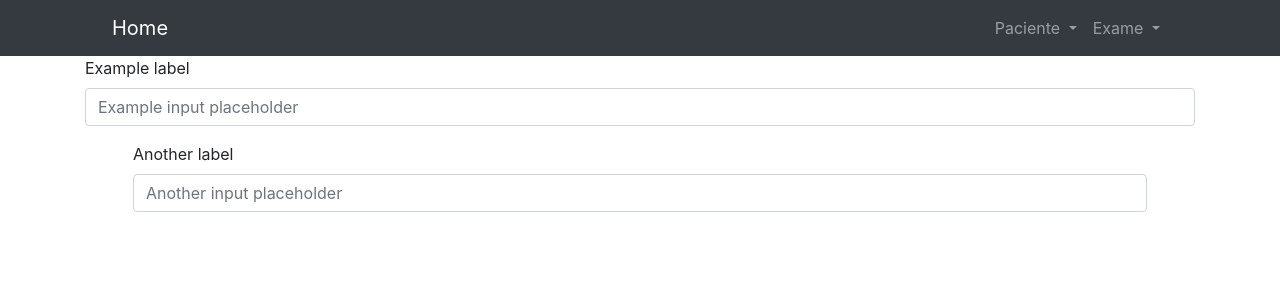
Repository: noobDevPRB/struts2_project
Page: http://localhost/Projeto_SOCTest/
The author's editor kept a copy of each file at every save. The page is drawn from the files as they stood at one save, then again after the next save.
The browser window is 1280 px wide. The pictures show the whole page.
The page is served by Tomcat 9. Nobody is signed in. The application's start-up code is not run.

Above is the page before, as saved 2020-10-17 16:13:41.

After the next save:
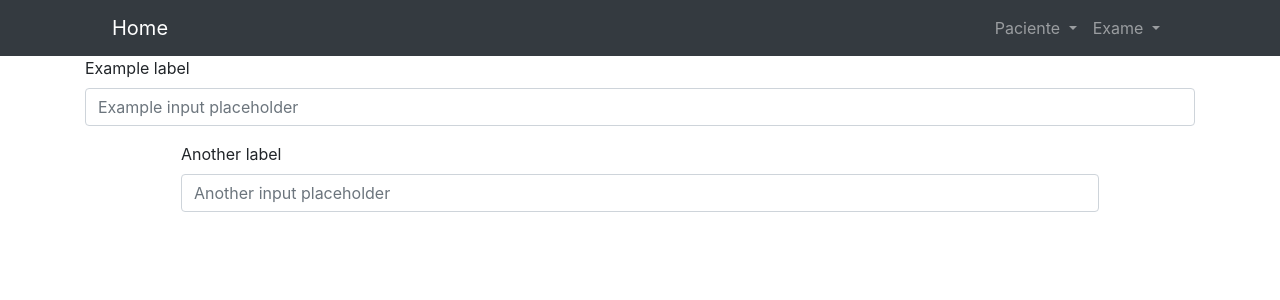
Saved 15 s later.
--- a/Projeto_SOCTest/WebContent/index.jsp
+++ b/Projeto_SOCTest/WebContent/index.jsp
@@ -49,7 +49,7 @@
 			    <label for="formGroupExampleInput">Example label</label>
 			    <input type="text" class="form-control" id="formGroupExampleInput" placeholder="Example input placeholder">
 			  </div>
-			  <div class="form-group px-5">
+			  <div class="form-group px-5 mx-5">
 			    <label for="formGroupExampleInput2">Another label</label>
 			    <input type="text" class="form-control" id="formGroupExampleInput2" placeholder="Another input placeholder">
 			  </div>
